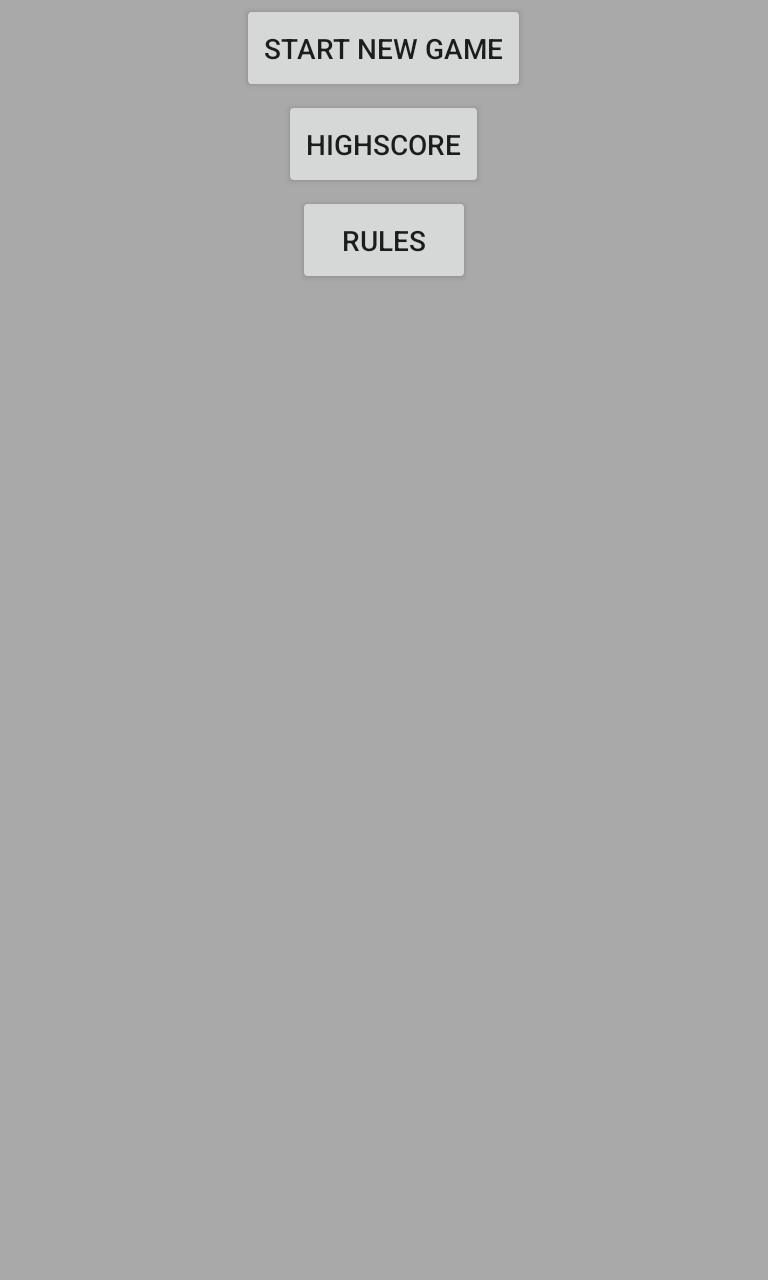
Repository: Hannanina/GuessTag
Layout: GuessTag/res/layout/activity_start.xml
An editor plug-in stored every save of this project. The layout is shown before and after the next save, followed by the edit.
It is drawn on a 768 x 1280 px phone screen (xhdpi) without system bars, with theme AppTheme; the app's code is not run.

Above is the layout before, as saved 2014-12-05 13:28:53.

After the next save:
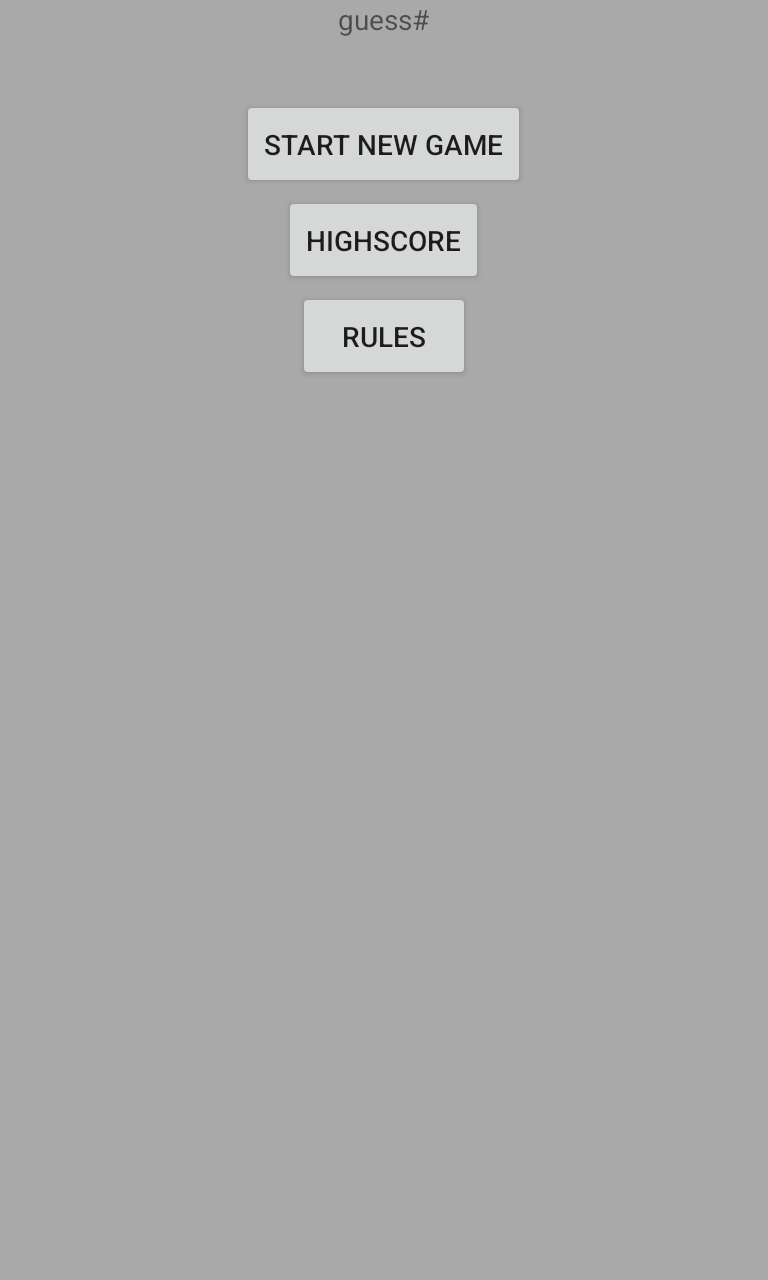
Saved 27 s later.
--- a/GuessTag/res/layout/activity_start.xml
+++ b/GuessTag/res/layout/activity_start.xml
@@ -6,7 +6,11 @@
     android:orientation="vertical" >
 
     <TextView
-        android:id="@+id/start_heading">
+        android:id="@+id/start_heading"
+        android:layout_width="wrap_content"
+	    android:layout_height="48dp"
+	    android:layout_gravity="center"
+	    android:text="@string/start_heading">
     </TextView>
 
 	<Button
